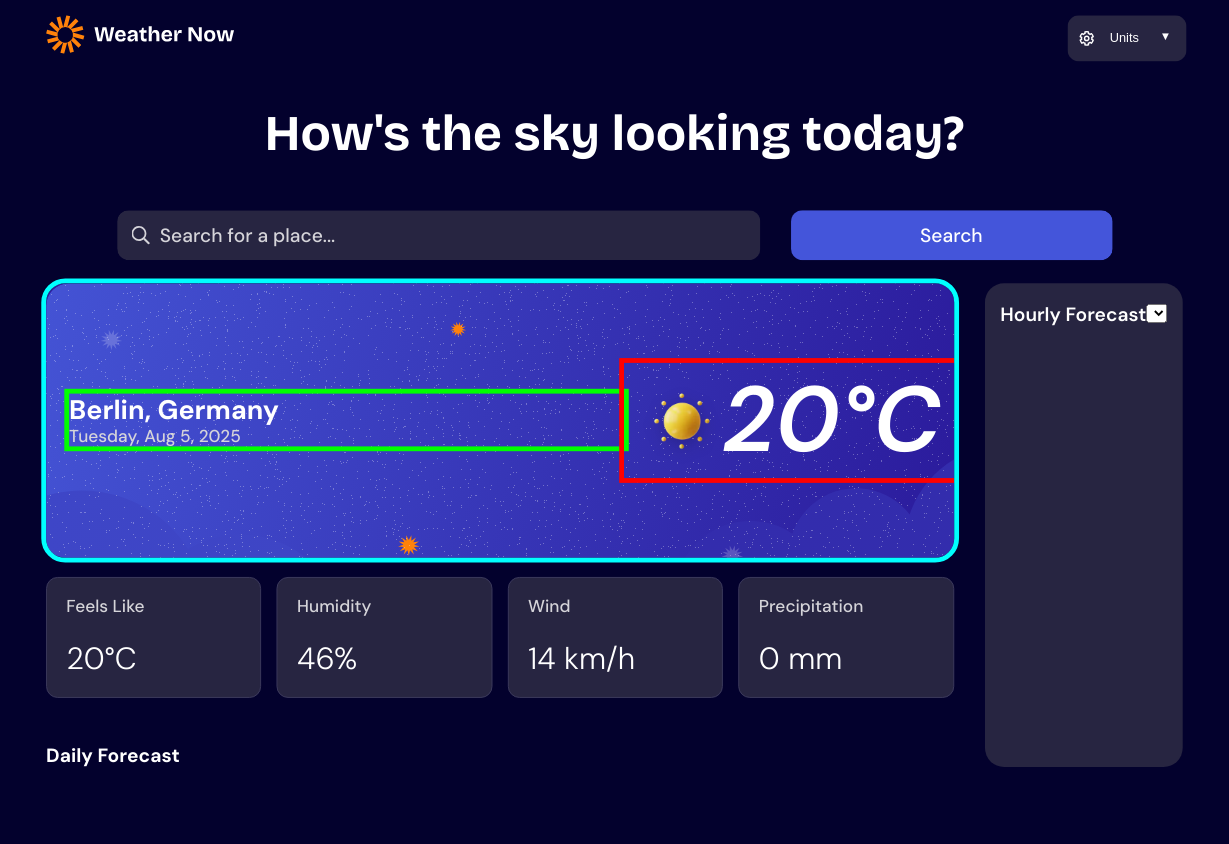
Repository: MKwaak/weather-app-main
Page: index.html
These files come from the project's save history. The page is drawn as it stood at one moment and after the next save; the edit follows.
The browser window is 1280 px wide. The pictures show the whole page, at 96% of full size.
The page's requests for data from a server got no answer.

Above is the page before, as saved 2026-01-30 23:53:48.

After the next save:
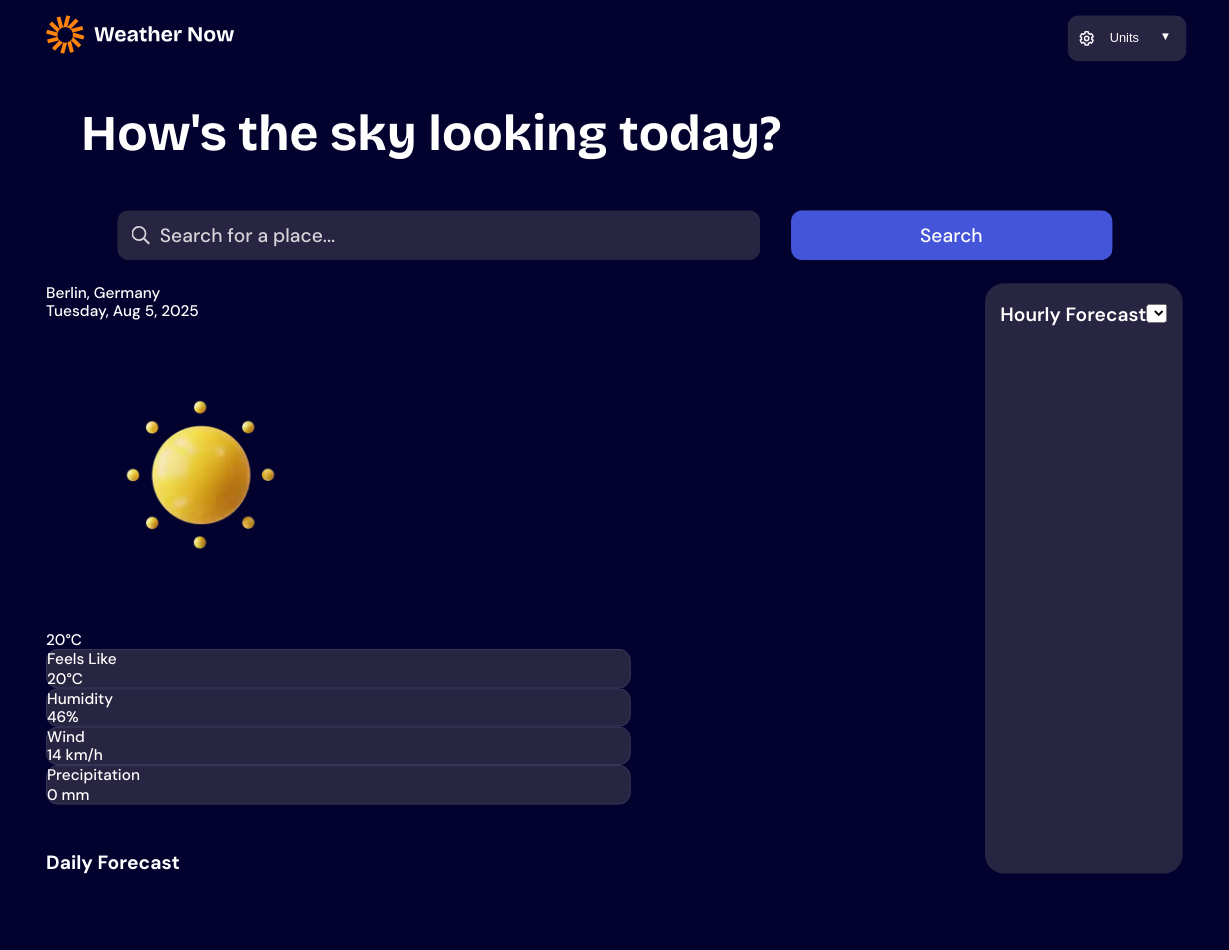
Saved 10 min 5 s later.
--- a/style.css
+++ b/style.css
@@ -303,11 +303,27 @@
   }
 }
 .hero {
+  /* De hero zelf mag breed zijn, maar de content moet gelijnd zijn */
+  width: 100%;
+  display: flex;
+  justify-content: center;
+  }
+
   .hero__content {
     display: grid;
+    /* DIT IS DE MATCH: Gebruik dezelfde kolommen als je dashboard */
+    grid-template-columns: 1fr 350px;
+    column-gap: 32px;
+
+    /* Zorg dat de breedte exact hetzelfde is als je dashboard */
+    width: 100%;
+    max-width: 1200px; /* Moet exact hetzelfde zijn als bij .dashboard */
+
+    padding-block-start: 48px;
+    padding-inline: 20px; /* Zorg dat deze padding matcht met die van je dashboard! */
+    box-sizing: border-box;
+
     justify-items: stretch; /* Dwingt kinderen om breedte te pakken */
-    padding-block-start: 48px;
-    width: 100%;
   }
 
   .hero__title {
